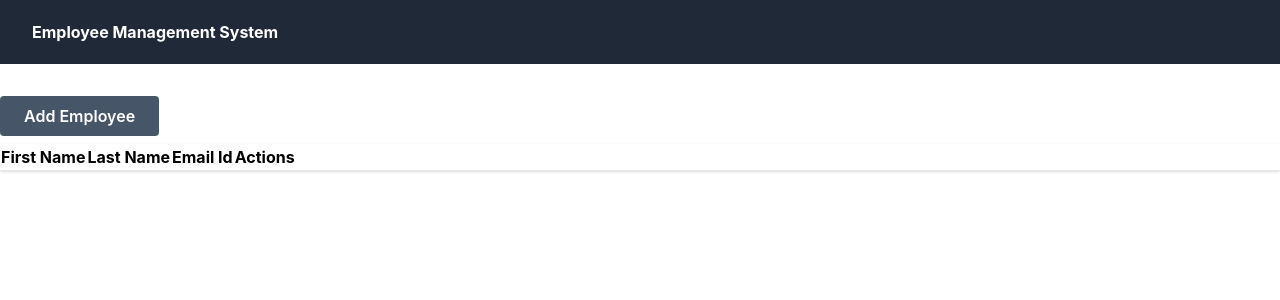
Repository: Atanu484/Full-Stack-Employee-Management-System
Page: / (app in employee-system-frontend/)
An editor plug-in stored every save of this project. The page is shown before and after a run of saves, followed by the edit.
The browser window is 1280 px wide. The pictures show the whole page.
The project was rebuilt for these pictures with package versions that can differ from the ones it lists, and the page was loaded fresh each time. Also part of the build but not shown: employee-system-frontend/src/App.css, employee-system-frontend/src/components/AddEmployee.js, employee-system-frontend/src/components/Employee.js.

Above is the page before, as saved 2022-08-15 02:09:08.

### employee-system-frontend/src/App.js

import { BrowserRouter, Routes, Route } from 'react-router-dom';
import './App.css';
import AddEmployee from './components/AddEmployee';
import EmployeeList from './components/EmployeeList';
import NavBar from './components/NavBar';

function App() {
  return (
    <>
      <BrowserRouter>
        <NavBar />
        <Routes>
          <Route path="/" element={<EmployeeList />}></Route>
          <Route path="/employeeList" element={<EmployeeList />}></Route>
          <Route path="/addEmployee" element={<AddEmployee />}></Route>
        </Routes>
      </BrowserRouter>
    </>
  );
}

export default App;

### employee-system-frontend/src/components/EmployeeList.js
import React from 'react';

const EmployeeList = () => {
    return (
        <div className='container mx-auto my-8'>
            <div className='h-12'>
                <button className='rounded bg-slate-600 text-white px-6 py-2 font-semibold'>
                    Add Employee
                </button>
            </div>
            <div className='flex shadow border-b'>
                <table className='min-w-max'>
                    <thread>
                        <tr>
                            <th>First Name</th>
                            <th>Last Name</th>
                            <th>Email Id</th>
                            <th>Actions</th>
                        </tr>
                    </thread>
                </table>
            </div>
        </div>
    );
};
export default EmployeeList;

### employee-system-frontend/src/components/NavBar.js
import React from "react";

const Navbar = () => {
    return (
        <div className="bg-gray-800">
            <div className="h-16 px-8 flex items-center">
                <p className="text-white font-bold">Employee Management System</p>
            </div>
        </div>
    );
};

export default Navbar;

### employee-system-frontend/src/services/EmployeeService.js
import axios from "axios";

const EMPLOYEE_API_BASE_URL = "http://localhost:8080/api/v1/employees"

class EmployeeService{
    saveEmployee(employee){
        return axios.post(EMPLOYEE_API_BASE_URL, employee)
    }
}

export default new EmployeeService();

Loaded but not shown: employee-system-frontend/public/index.html (common file); employee-system-frontend/src/index.js (common file); employee-system-frontend/src/index.css (common file); employee-system-frontend/tailwind.config.js (common file)

After the next 2 saves:
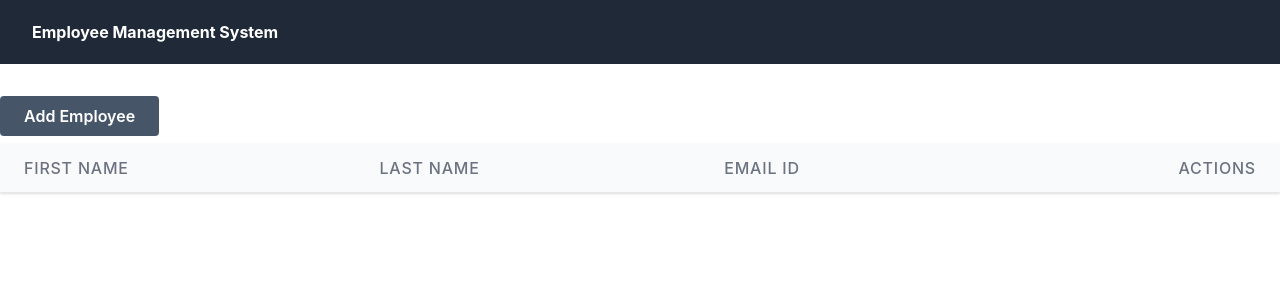
The 2 saves are shown as one change because 1 did not build or start.
The last was saved 2 min 51 s later.
--- a/employee-system-frontend/src/components/EmployeeList.js
+++ b/employee-system-frontend/src/components/EmployeeList.js
@@ -1,26 +1,71 @@
-import React from 'react';
+import React, { useEffect, useState } from "react";
+import { useNavigate } from "react-router-dom";
+import EmployeeService from "../services/EmployeeService";
+import Employee from "./Employee";
 
 const EmployeeList = () => {
+    const navigate = useNavigate();
+
+    const [loading, setLoading] = useState(true);
+    const [employees, setEmployees] = useState(null);
+
+    useEffect(() => {
+        const fetchData = async () => {
+            setLoading(true);
+            try {
+                const response = await EmployeeService.getEmployees();
+                setEmployees(response.data);
+            } catch (error) {
+                console.log(error);
+            }
+            setLoading(false);
+        };
+        fetchData();
+    }, []);
+
+    const deleteEmployee = (e, id) => {
+        e.preventDefault();
+        EmployeeService.deleteEmployee(id).then((res) => {
+            if (employees) {
+                setEmployees((prevElement) => {
+                    return prevElement.filter((employee) => employee.id !== id);
+                });
+            }
+        });
+    };
+
     return (
-        <div className='container mx-auto my-8'>
-            <div className='h-12'>
-                <button className='rounded bg-slate-600 text-white px-6 py-2 font-semibold'>
+        <div className="container mx-auto my-8">
+            <div className="h-12">
+                <button
+                    onClick={() => navigate("/addEmployee")}
+                    className="rounded bg-slate-600 text-white px-6 py-2 font-semibold">
                     Add Employee
                 </button>
             </div>
-            <div className='flex shadow border-b'>
-                <table className='min-w-max'>
-                    <thread>
+            <div className="flex shadow border-b">
+                <table className="min-w-full">
+                    <thead className="bg-gray-50">
                         <tr>
-                            <th>First Name</th>
-                            <th>Last Name</th>
-                            <th>Email Id</th>
-                            <th>Actions</th>
+                            <th className="text-left font-medium text-gray-500 uppercase tracking-wider py-3 px-6">
+                                First Name
+                            </th>
+                            <th className="text-left font-medium text-gray-500 uppercase tracking-wider py-3 px-6">
+                                Last Name
+                            </th>
+                            <th className="text-left font-medium text-gray-500 uppercase tracking-wider py-3 px-6">
+                                Email ID
+                            </th>
+                            <th className="text-right font-medium text-gray-500 uppercase tracking-wider py-3 px-6">
+                                Actions
+                            </th>
                         </tr>
-                    </thread>
+                    </thead>
+
                 </table>
             </div>
         </div>
     );
 };
+
 export default EmployeeList;
